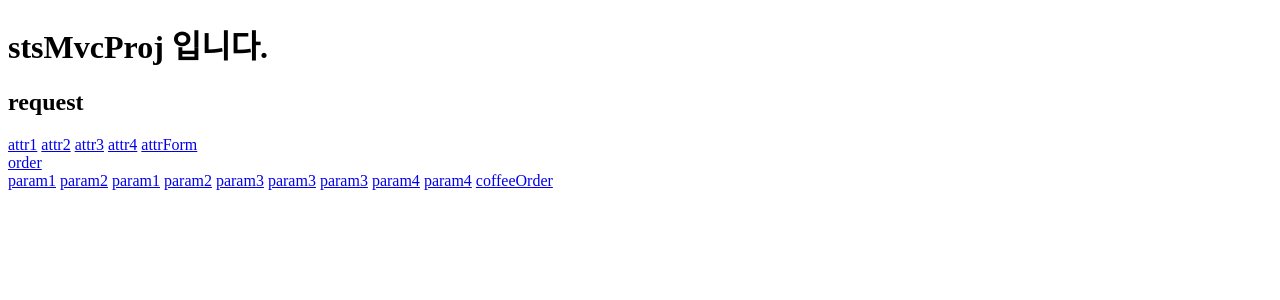
Repository: Yousehyeon/spring_work
Page: stsMvcProj/src/main/webapp/views/home.html
The author's editor kept a copy of each file at every save. The page is drawn from the files as they stood at one save, then again after the next save.
The browser window is 1280 px wide. The pictures show the whole page.

Above is the page before, as saved 2023-08-21 03:05:09.

### stsMvcProj/src/main/webapp/views/home.html
<!DOCTYPE html>
<html>
<head>
<meta charset="UTF-8">
<title>stsMvcProj</title>
</head>
<body>
<h1>stsMvcProj 입니다.</h1>
<h2>request</h2>
<a href="request/attr1">attr1</a>
<a href="request/attr2">attr2</a>
<a href="request/attr3">attr3</a>
<a href="request/attr4?age=33&nick=zxcv&jum=56&jum=59&jum=52&gender=mm&mil=true">attr4</a>
<a href="request/attrForm">attrForm</a>
<br/>
<a href="request/order">order</a>
<br/>
<a href="request/param1?id=aaa&age=45&marriage=true">param1</a>
<a href="request/param2?id=bbb&age=34&marriage=true">param2</a>
<a href="request/param1?id=ccc">param1</a>
<a href="request/param2?id=ddd">param2</a>
<a href="request/param3?id=eee&age=27&marriage=true">param3</a>
<a href="request/param3?id=fff&aaa=23&mrg=true">param3</a>
<a href="request/param3?id=ggg">param3</a>
<a href="request/param4?id=hhh&aaa=28&mrg=true">param4</a>
<a href="request/param4?id=iii">param4</a>
<a href="request/coffee">coffeeOrder</a>
</body>
</html>

After the next save:
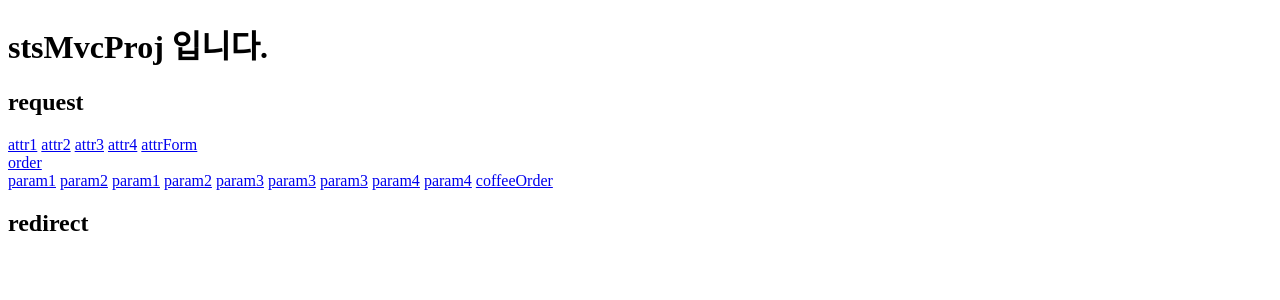
Saved 15 min 49 s later.
--- a/stsMvcProj/src/main/webapp/views/home.html
+++ b/stsMvcProj/src/main/webapp/views/home.html
@@ -25,5 +25,6 @@
 <a href="request/param4?id=hhh&aaa=28&mrg=true">param4</a>
 <a href="request/param4?id=iii">param4</a>
 <a href="request/coffee">coffeeOrder</a>
+<h2>redirect</h2>
 </body>
 </html>
